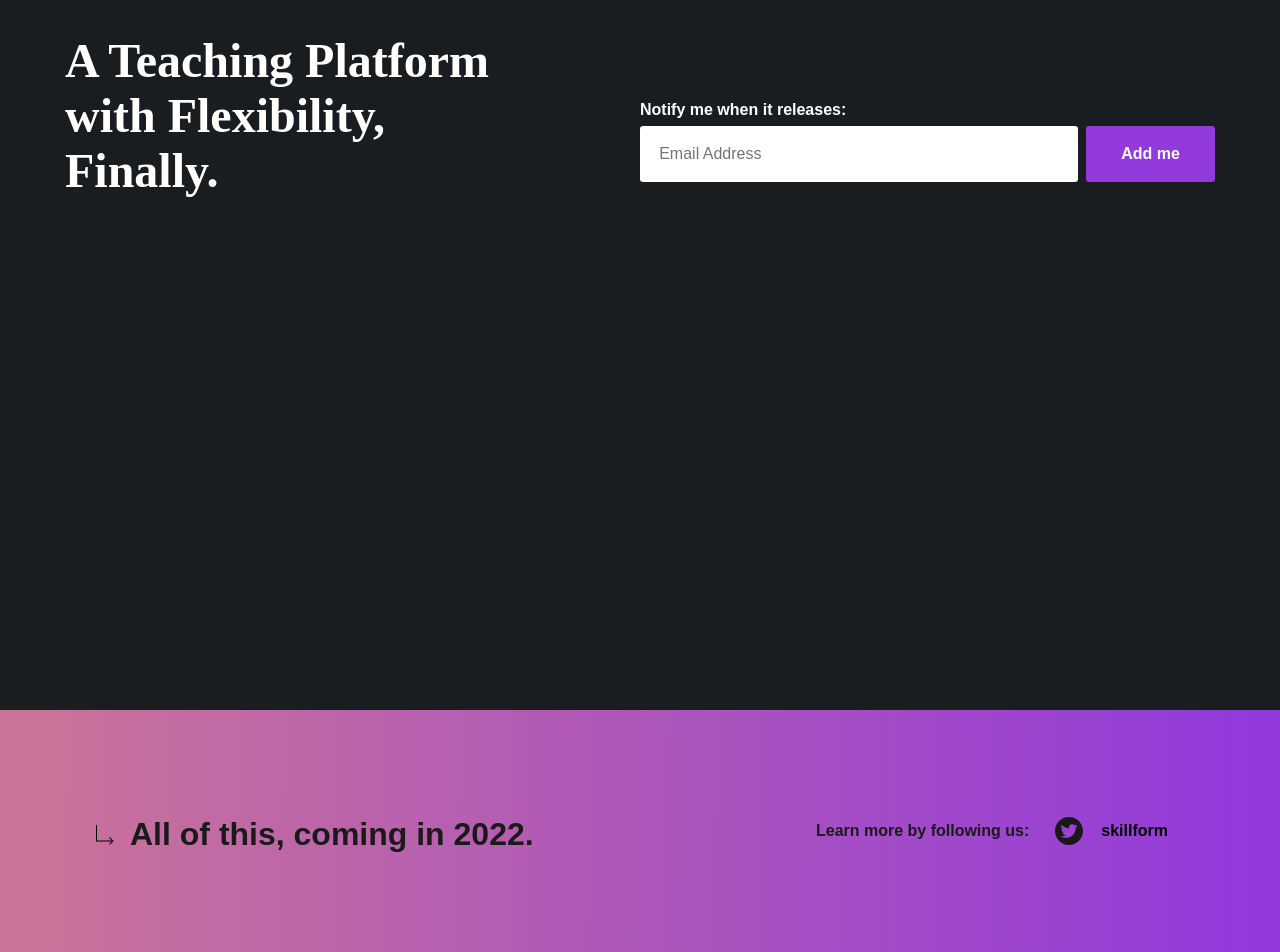
Repository: yavinash249/gsap1
Page: index.html
These files come from the project's save history. The page is drawn as it stood at one moment and after the next save; the edit follows.
The browser window is 1280 px wide. The pictures show the part of the page from y = 275 to 1227 px (the page is 1227 px tall).
A picture or video elsewhere on the page could not be fetched, so the positions and the page height are approximate.

Above is the page before, as saved 2023-02-27 09:42:24.

### index.html
<!DOCTYPE html>
<html lang="en">
<head>
    <meta charset="UTF-8">
    <meta http-equiv="X-UA-Compatible" content="IE=edge">
    <meta name="viewport" content="width=device-width, initial-scale=1.0">
    <title>GSAP1</title>
    <link rel="stylesheet" href="style.css">
</head>
<body>
    <div class="wrapper">
        <header>
            <a href="https://skillform.io"><img src="https://assets.codepen.io/2621168/logo_1.svg" class="logo" alt="SkillForm Logo"></a>
        </header>

        <main>
            <div class="col2 hero">
                <h1>A Teaching Platform with Flexibility, Finally.</h1>
                <div class="form">
                    <label for="email">Notify me when it releases:</label>
                    <div class="col2">
                        <input type="text" id="email" placeholder="Email Address">
                        <input type="submit" value="Add me">
                    </div>
                </div>
            </div>
            <div class="features">
                <div class="card">
                    <p class="title">Modular</p>
                    <p class="desc">Go beyond teaching with just video. Choose from our library of interactive modules or create your own.</p>
                </div>
                <div class="card">
                    <p class="title">Customizable</p>
                    <p class="desc">Use our Headless API to build truly custom frontends.</p>
                </div>
                <div class="card">
                    <p class="title">PPP &amp; Managed Payments</p>
                    <p class="desc">Offer parity pricing, and leave the headache of processing to us.</p>
                </div>
                <div class="card">
                    <p class="title">Built by Teachers</p>
                    <p class="desc">Co-Founder Gary Simon has been teaching online for over 12 years. We know what teachers want.</p>
                </div>
            </div>
        </main>
    </div>
    <footer>
        <div class="col2 parent">
            <div class="col2">
                <svg class="angle-line" width="18" height="20" viewBox="0 0 18 20" fill="none" xmlns="http://www.w3.org/2000/svg">
                    <path d="M17.3536 16.3536C17.5488 16.1583 17.5488 15.8417 17.3536 15.6464L14.1716 12.4645C13.9763 12.2692 13.6597 12.2692 13.4645 12.4645C13.2692 12.6597 13.2692 12.9763 13.4645 13.1716L16.2929 16L13.4645 18.8284C13.2692 19.0237 13.2692 19.3403 13.4645 19.5355C13.6597 19.7308 13.9763 19.7308 14.1716 19.5355L17.3536 16.3536ZM0 16.5H17V15.5H0V16.5Z" fill="black"/>
                    <line x1="0.5" y1="2.18557e-08" x2="0.499999" y2="16" stroke="black"/>
                </svg>
            <p class="all">All of this, coming in 2022.</p>
            </div>
            <div class="col2 social">
                <p class="learn">Learn more by following us: </p>
                <a href="https://twitter.com/skillformio" rel=""  class="col2">
                    <svg class="twitter" viewBox="0 0 44 44" fill="none" xmlns="http://www.w3.org/2000/svg">
                        <path d="M22 2.75C11.3695 2.75 2.75 11.3695 2.75 22C2.75 32.6305 11.3695 41.25 22 41.25C32.6305 41.25 41.25 32.6305 41.25 22C41.25 11.3695 32.6305 2.75 22 2.75ZM31.2512 17.2605C31.2641 17.4625 31.2641 17.673 31.2641 17.8793C31.2641 24.1871 26.4602 31.4531 17.6816 31.4531C14.9746 31.4531 12.4652 30.6668 10.3512 29.3133C10.7379 29.3563 11.1074 29.3734 11.5027 29.3734C13.7371 29.3734 15.791 28.6172 17.4281 27.3367C15.3313 27.2938 13.5695 25.9188 12.968 24.0281C13.7027 24.1355 14.3645 24.1355 15.1207 23.9422C14.041 23.7228 13.0706 23.1364 12.3742 22.2827C11.6779 21.4289 11.2986 20.3603 11.3008 19.2586V19.1984C11.9324 19.5551 12.6758 19.7742 13.4535 19.8043C12.7997 19.3686 12.2635 18.7782 11.8925 18.0857C11.5215 17.3931 11.3271 16.6197 11.3266 15.834C11.3266 14.9445 11.5586 14.1324 11.9754 13.4277C13.1738 14.903 14.6692 16.1096 16.3645 16.9691C18.0598 17.8285 19.9169 18.3217 21.8152 18.4164C21.1406 15.1723 23.5641 12.5469 26.4773 12.5469C27.8523 12.5469 29.0898 13.1227 29.9621 14.0508C31.0406 13.8488 32.0719 13.4449 32.9914 12.9035C32.6348 14.0078 31.8871 14.9402 30.8945 15.5289C31.857 15.4258 32.7852 15.1594 33.6445 14.7855C32.9957 15.7395 32.1836 16.5859 31.2512 17.2605V17.2605Z" fill="#191919"/>
                    </svg>
                    <p class="skillform">skillform</p>
                </a>
            </div>
        </div>
    </footer>

    <script src="https://cdnjs.cloudflare.com/ajax/libs/gsap/3.11.4/gsap.min.js" integrity="sha512-f8mwTB+Bs8a5c46DEm7HQLcJuHMBaH/UFlcgyetMqqkvTcYg4g5VXsYR71b3qC82lZytjNYvBj2pf0VekA9/FQ==" crossorigin="anonymous" referrerpolicy="no-referrer"></script>
    <script src="https://cdnjs.cloudflare.com/ajax/libs/gsap/3.11.4/CSSRulePlugin.min.js" integrity="sha512-TJiE9joKYXjdf5nd0Kkzqt9QOYfp5Hk5W/PaeRmpOd7HYBVdSqpTxJezbfLzJnPrS7HGnalR54WO/hbppgDgkw==" crossorigin="anonymous" referrerpolicy="no-referrer"></script>
    <script>
        let tl = gsap.timeline({defaults: { ease: "power4.inOut", duration: 2}})
        let flagPoles = CSSRulePlugin.getRule(".card:before");

        tl.to('h1', { 'clip-path': 'polygon(0% 100%, 100% 100%, 100% 0%, 0% 0%)', opacity: 1, y: 0, duration: 2.2})
        tl.to('.form', { 'clip-path': 'polygon(0% 100%, 100% 100%, 100% 0%, 0% 0%)', opacity: 1, y: 0}, "-=2")
        tl.from('.card',{ scaleY:0, stagger: .2}, "-=2")
        tl.from('.card', { scaleY: 0, stagger: .2}, "-=2")
        tl.from(flagPoles, {  stagger: 1, opacity: 0, transform: 'translateY(100px)' }, "-=2")
        tl.to('.title, .desc', { stagger: .1, duration: 1.2, opacity: 1, y: 0}, "-=2")
        tl.to('footer', { opacity: 1}, "-=2")
    </script>
</body>

</html>

### style.css


body {
    background: #1A1D20;
    color: white;
    font-family: 'Poppins', sans-serif;
    margin: 0;
    height: 100vh;
}

.wrapper {
    margin: 1em 1em 5em;
}

.logo {
    width: 8em;
}

h1 {
    font-size: 2rem;
    margin-bottom: 2em;
    clip-path: polygon(0 100%, 100% 100%, 100% 100%, 0% 100%);
    opacity: 0;
    transform: translateY(100px);
    text-align: center;
}

main {
    margin-top: 4em;
}

h1 {
    font-family: 'Merriweather', serif;
}

label {
    margin-top: 1em;
    margin-bottom: .4em;
    display: block;
    font-weight: bold;
}

.col2 {
    display: flex;
}

.hero {
    display: block;
}

.form {
    clip-path: polygon(0 100%, 100% 100%, 100% 100%, 0% 100%);
    margin: 0 auto;
}

input[type="text"], input[type="submit"] {
    padding: 1.2em;
    font-size: 1rem;
    width: 100%;
    box-sizing: border-box;
    border-radius: .2em;
    border: none;
}

input[type="submit"] {
    width: 10em;
    background: #923ADB;
    color: white;
    border: none;
    margin-left: .5em;
    font-weight: bold;
    cursor: pointer;

    &:hover {
        background: #7f2fc0;
    }
}


.card {
    transform: translateY(100px) scaleY(1);
    transform-origin: 0% 100%;
    padding-left: 1em;
    border-left: 1px solid #4E5862;
    position: relative;
    height: 8em;

    &:before {
        position: absolute;
        content: '';
        border-radius: 100%;
        border: .5em solid #1A1D20;
        background: #BA62AD;
        width: .5em;
        height: .5em;
        top: 0;
        left: -.8em;
        opacity: 1;
    }

    &:hover:before {
        width: .8em;
        height: .8em;
        left: -.95em;
        top: -.15em;
    }

    .title {
        font-weight: bold;
        opacity: 0;
        transform: translateY(100px);
    }

    .desc {
        color: #697887;
        opacity: 0;
        transform: translateY(100px);
    }
}

footer {
    opacity: 0;
    background: linear-gradient(90.73deg, #C9729A 4%, #923ADB 97.46%);
    padding: 2em 1em;
    color: #1A1A1A;
    font-weight: bold;
    margin-top: 11em !important;

    .all {
        margin: .3em 0 0 .5em;
        font-size: 2rem;
    }

    .parent {
        display: block;
    }

    .twitter {
        width: 2em;
        margin-left: .5em;
    }

    .social {
        margin-top: 2em;
    }

    a {
        color: black;
        text-decoration: none;
    }

    .angle-line {
        margin-top: 1.2em;
    }

}

@media only screen and (min-width: 600px) {
    .wrapper {
        margin: 3em;
    }

    h1 {
        font-size: 3rem;
    }
}

@media only screen and (min-width: 750px) {
    .features {
        display: grid;
        grid-template-columns: repeat(2, auto);
        grid-template-rows: repeat(2, auto);
        gap: 2em;

        .card {
            margin-bottom: 2em;
            height: auto;

            .title {
                margin-top: 0;
            }
        }
    }

    footer {
        padding: 3em;
    }
}

@media only screen and (min-width: 900px) {
    .form {
        width: 75%;
    }
}

@media only screen and (min-width: 1200px) {
    .hero {
        display: flex;
        justify-content: space-between;
        margin: 8em 0 6em;

        h1 {
            width: 40%;
            margin-bottom: 0;
            text-align: left;
        }

        .form {
            width: 50%;
            align-self: flex-end;
            padding-bottom: 1em;
            margin: unset;
        }
    }
    .features {
        grid-template-columns: repeat(4, auto);
        grid-template-rows: auto;
    }
    .wrapper, .features {
        margin-bottom: 0;
    }
    footer {
        margin: 0;
        padding: 6em;

        .parent {
            max-width: 1150px;
            margin: 0 auto;
            display: flex;
            justify-content: space-between;
        }

        .social {
            margin: 0;
        }

        .learn, .skillform {
            margin: 1em;
        }

    }
    .features .card {
        margin-bottom: 0;
        height: 15rem;
    }
    .wrapper {
        width: 1150px;
        margin: 3em auto 0;
    }
}

After the next save:
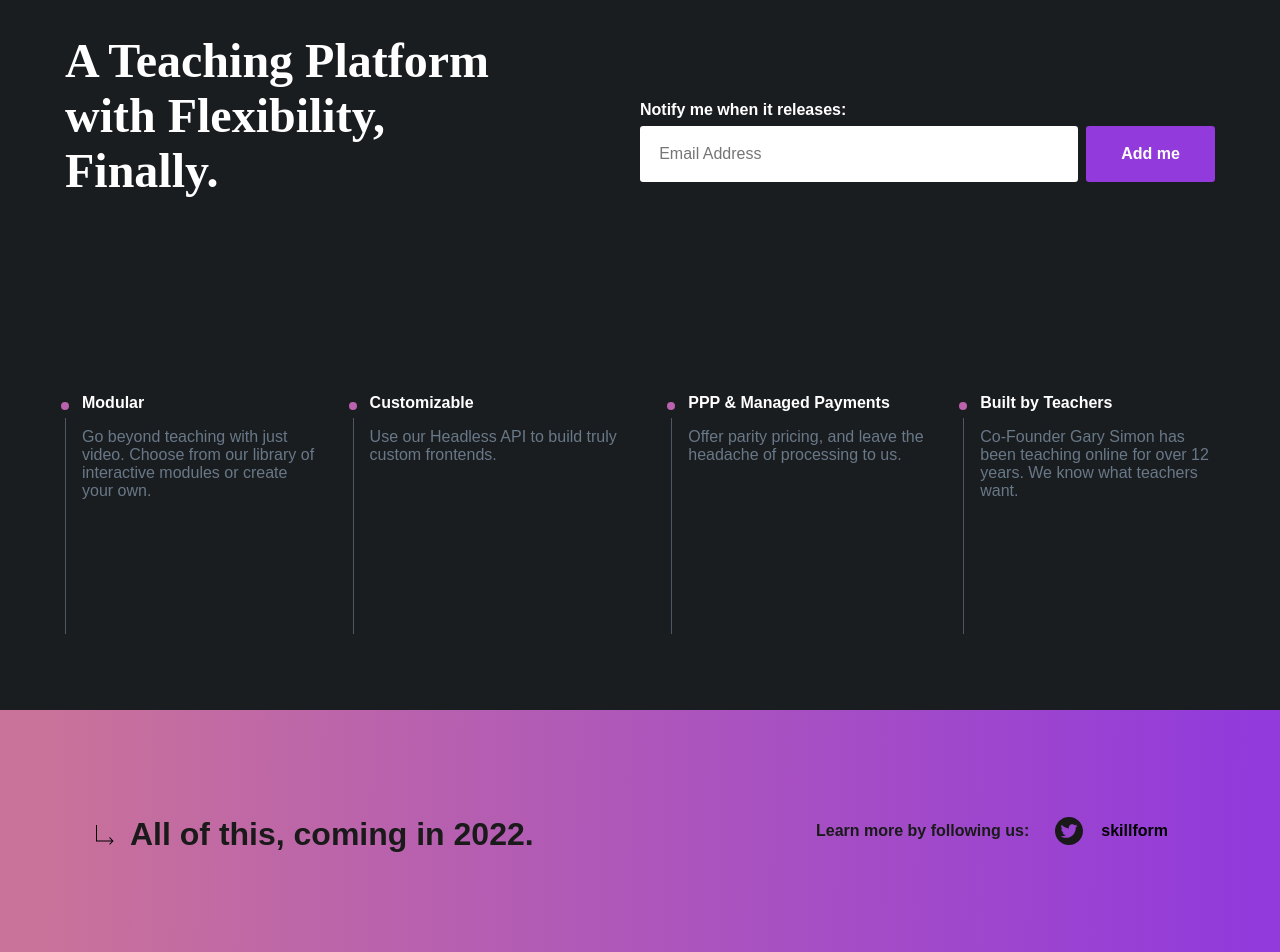
Saved 85 s later.
--- a/index.html
+++ b/index.html
@@ -74,7 +74,7 @@
         tl.to('h1', { 'clip-path': 'polygon(0% 100%, 100% 100%, 100% 0%, 0% 0%)', opacity: 1, y: 0, duration: 2.2})
         tl.to('.form', { 'clip-path': 'polygon(0% 100%, 100% 100%, 100% 0%, 0% 0%)', opacity: 1, y: 0}, "-=2")
         tl.from('.card',{ scaleY:0, stagger: .2}, "-=2")
-        tl.from('.card', { scaleY: 0, stagger: .2}, "-=2")
+        // tl.from('.card', { scaleY: 0, stagger: .2}, "-=2")
         tl.from(flagPoles, {  stagger: 1, opacity: 0, transform: 'translateY(100px)' }, "-=2")
         tl.to('.title, .desc', { stagger: .1, duration: 1.2, opacity: 1, y: 0}, "-=2")
         tl.to('footer', { opacity: 1}, "-=2")

After the save that followed:
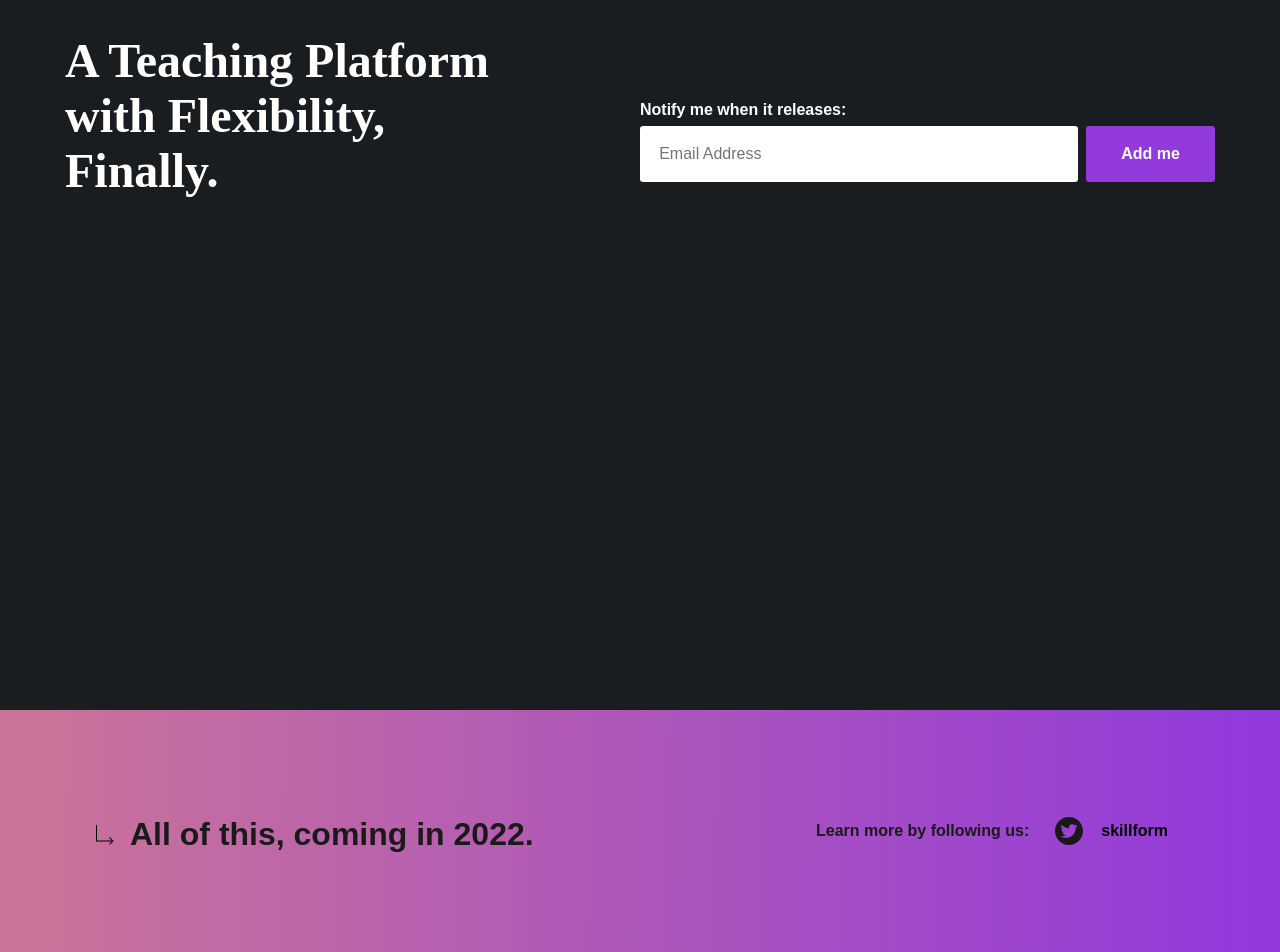
Saved 24 s later.
--- a/index.html
+++ b/index.html
@@ -74,7 +74,7 @@
         tl.to('h1', { 'clip-path': 'polygon(0% 100%, 100% 100%, 100% 0%, 0% 0%)', opacity: 1, y: 0, duration: 2.2})
         tl.to('.form', { 'clip-path': 'polygon(0% 100%, 100% 100%, 100% 0%, 0% 0%)', opacity: 1, y: 0}, "-=2")
         tl.from('.card',{ scaleY:0, stagger: .2}, "-=2")
-        // tl.from('.card', { scaleY: 0, stagger: .2}, "-=2")
+        tl.from('.card', { scaleY: 0, stagger: .2}, "-=2")
         tl.from(flagPoles, {  stagger: 1, opacity: 0, transform: 'translateY(100px)' }, "-=2")
         tl.to('.title, .desc', { stagger: .1, duration: 1.2, opacity: 1, y: 0}, "-=2")
         tl.to('footer', { opacity: 1}, "-=2")
